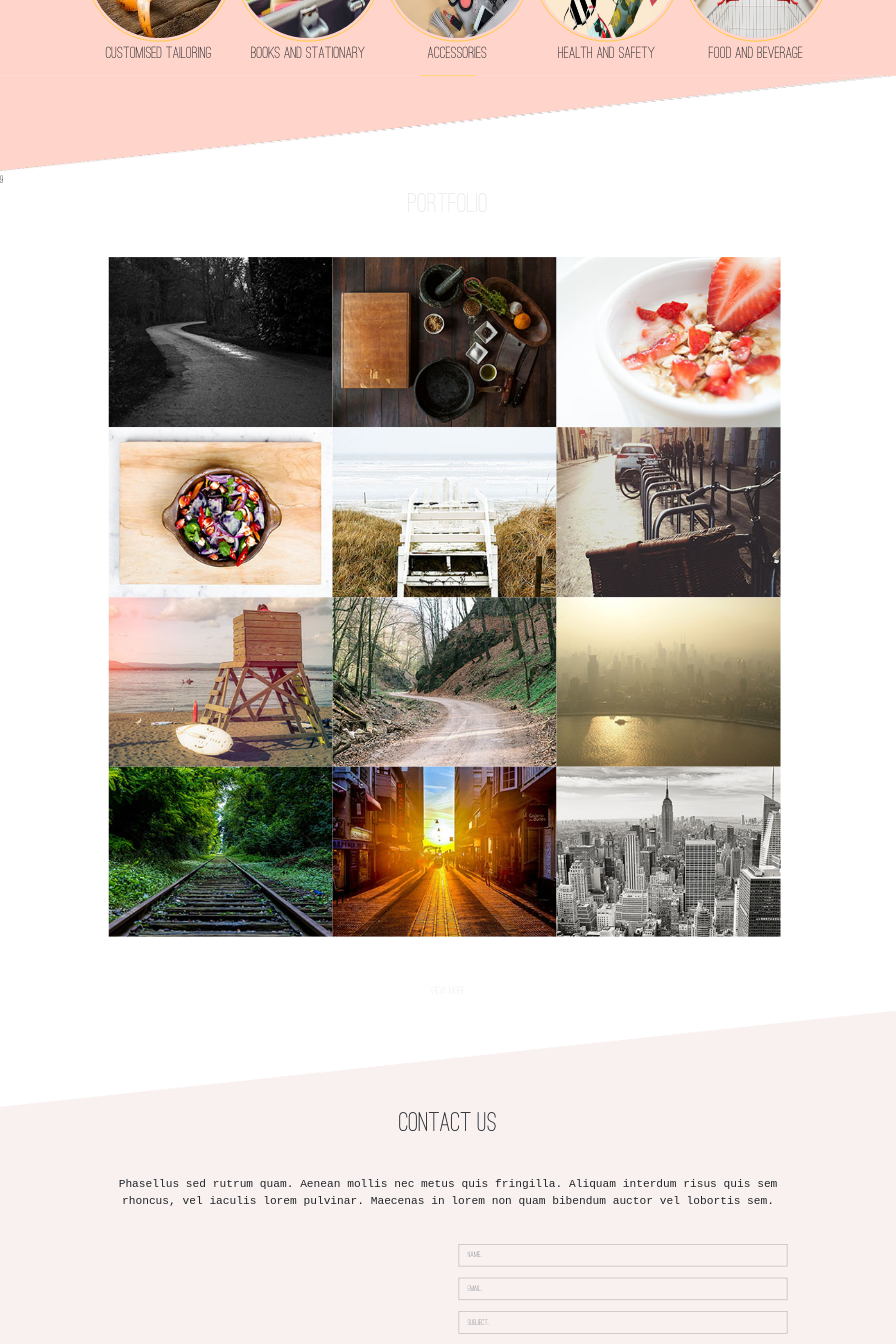
Repository: Demonster1999/newshoperrepo
Page: index.html
The author's editor kept a copy of each file at every save. The page is drawn from the files as they stood at one save, then again after a run of saves.
The browser window is 1280 px wide. The pictures show the part of the page from y = 2526 to 4446 px (the page is 4860 px tall before and 4836 px after), at 70% of full size.
Some web libraries are served in a nearby version.

Above is the page before, as saved 2020-07-21 15:08:56.
Console error: TypeError: Cannot read properties of null (reading 'getContext')

After the next 2 saves:
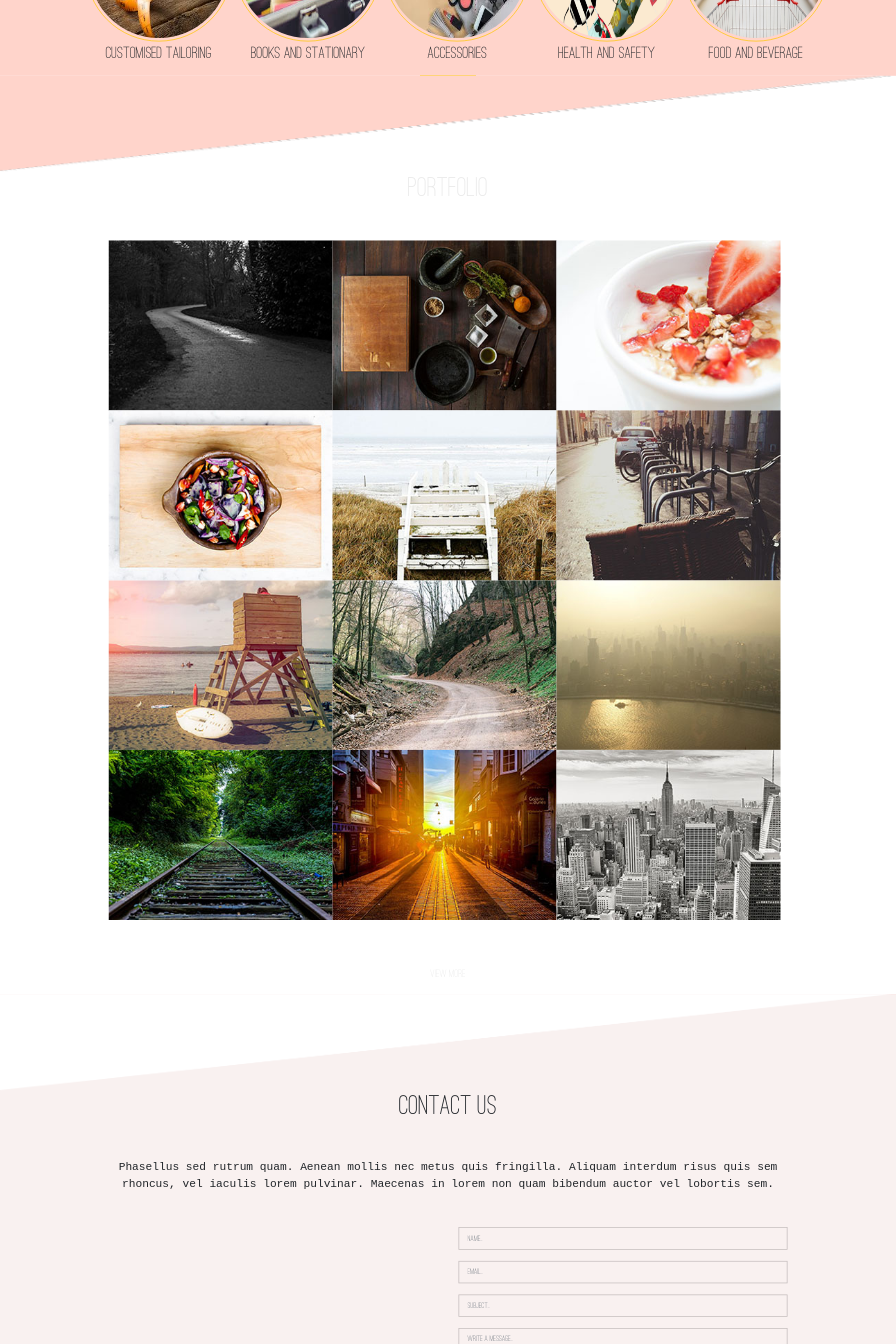
The 2 saves are shown as one change because they came seconds apart.
The last was saved 8 s later.
--- a/index.html
+++ b/index.html
@@ -285,10 +285,6 @@
 			<img src="images/tm-border-black-top.png" alt="Border" class="tm-border">
 
 
-
-
-
-9
 			<div class="container">
 					<div class="row">
 						<div class="col-lg-12 col-md-12 col-sm-12 col-xs-12 text-center">
